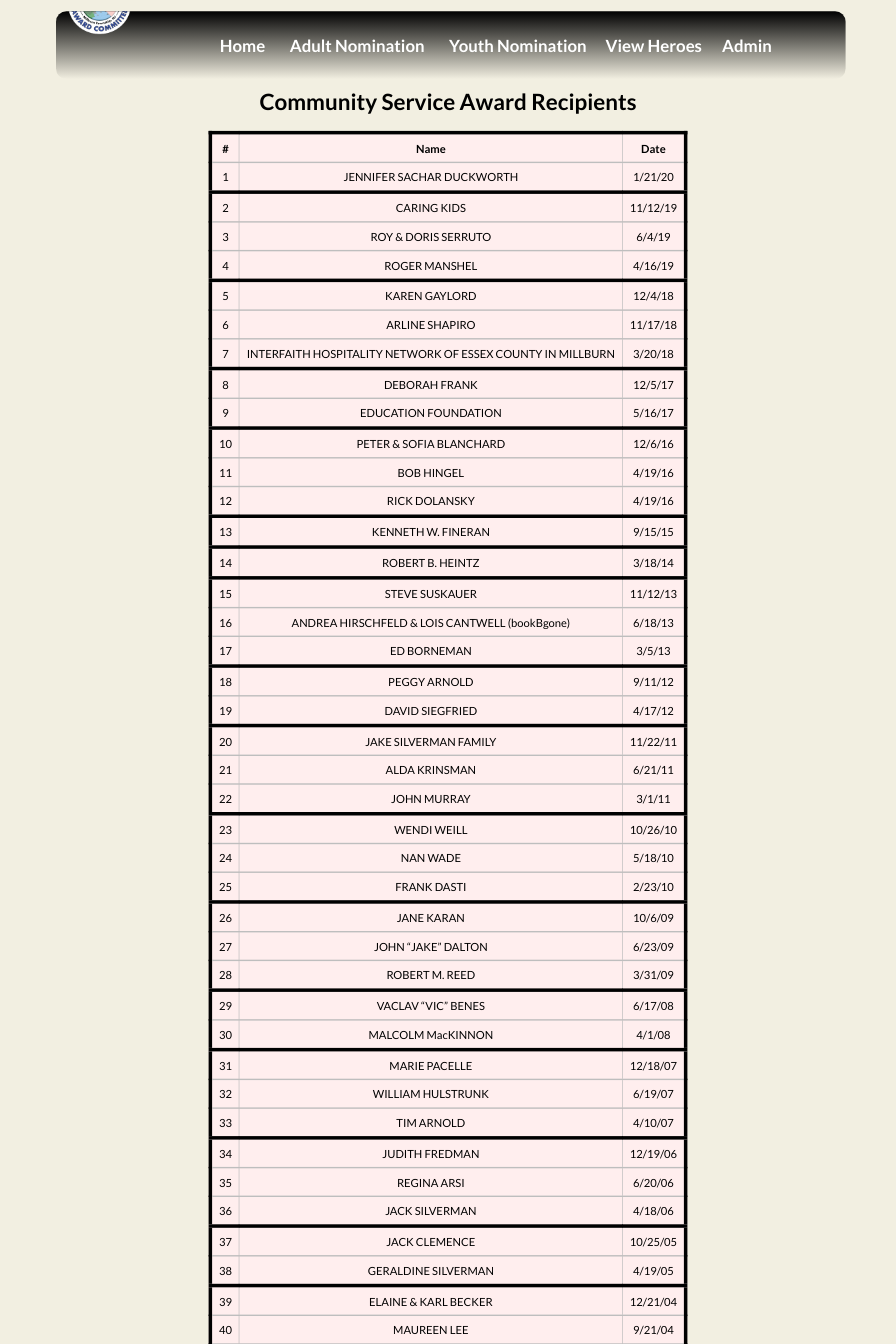
Repository: Centrattic/Young-Heroes-Website
Page: http://localhost/Frontend/before2020.php
An editor plug-in stored every save of this project. The page is shown before and after the next save, followed by the edit.
The browser window is 1280 px wide. The pictures show the part of the page from y = 0 to 1920 px (the page is 3810 px tall before and 3839 px after), at 70% of full size.
The page is run by PHP 8.4 with error messages shown; the project is at /var/www/html/.

Above is the page before, as saved 2020-12-21 14:35:38.

### Eagle Project/Frontend/before2020.php
<?php
require '../Backend/functions.php';
require '../Backend/dbhconnect.php';
?>

<html>
  <head>
    <link href="https://fonts.googleapis.com/css2?family=Lato:ital,wght@0,400;0,700;1,300;1,400&display=swap" rel="stylesheet">
    <link href="../CSS/home.css" rel="stylesheet" type="text/css" />

    <link rel = "stylesheet" href = "../CSS/navbar.css">
  </head>

  <body>

    <?php
        navbar();
    ?>

    <h1> Community Service Award Recipients</h1> <!-- Most recent first!!! -->
    <br>

    <style>
        #before2020-table {
            margin: 0 auto;
            border: 5px solid black;
            border-radius: 0px;
            background-color: #FFEEEE;
            width: 60%;
        }

        th,td {
            padding: 10px;
        }

        /*td:nth-child(1) {
            border-right: 2px solid black;
            border-radius: 0px;
            padding-bottom: 0px;
            margin-bottom: 0px;
        }*/

        tr {
            border: 2px solid #BEBEBE;
        }

        .last-of-year {
            border-bottom: 5px solid black;
        }

    </style>

    <table id = "before2020-table" rules = "all">
        <tr>
            <th> # </th>
            <th> Name </th>
            <th> Date </th>
        </tr>
        <!-- Most to least recent-->


        <tr class = "last-of-year">
            <td> 1 </td>
            <td> JENNIFER SACHAR DUCKWORTH </td>
            <td> 1/21/20 </td>
        </tr>

		<tr>
            <td> 2 </td>
            <td> CARING KIDS </td>
            <td> 11/12/19 </td>
        </tr>

		<tr>
            <td> 3 </td>
            <td> ROY & DORIS SERRUTO </td>
            <td> 6/4/19 </td>
        </tr>

		<tr class = "last-of-year">
            <td> 4 </td>
            <td> ROGER MANSHEL</td>
            <td> 4/16/19 </td>
        </tr>

		<tr>
            <td> 5 </td>
            <td> KAREN GAYLORD </td>
            <td> 12/4/18 </td>
        </tr>

		<tr>
            <td> 6 </td>
            <td> ARLINE SHAPIRO</td>
            <td> 11/17/18 </td>
        </tr>

		<tr class = "last-of-year">
            <td> 7 </td>
            <td> INTERFAITH HOSPITALITY NETWORK OF ESSEX COUNTY IN MILLBURN </td>
            <td> 3/20/18 </td>
        </tr>

		<tr>
            <td> 8 </td>
            <td> DEBORAH FRANK </td>
            <td> 12/5/17 </td>
        </tr>

		<tr class = "last-of-year">
            <td> 9 </td>
            <td> EDUCATION FOUNDATION </td>
            <td> 5/16/17 </td>
        </tr>
		<tr>
            <td> 10 </td>
            <td> PETER & SOFIA BLANCHARD </td>
            <td> 12/6/16 </td>
        </tr>

		<tr>
            <td> 11 </td>
            <td> BOB HINGEL </td>
            <td> 4/19/16 </td>
        </tr>

		<tr class = "last-of-year">
            <td> 12 </td>
            <td> RICK DOLANSKY </td>
            <td> 4/19/16 </td>
        </tr>

		<tr class = "last-of-year">
            <td> 13 </td>
            <td> KENNETH W. FINERAN </td>
            <td> 9/15/15 </td>
        </tr>

		<tr class = "last-of-year">
            <td> 14 </td>
            <td> ROBERT B. HEINTZ </td>
            <td> 3/18/14 </td>
        </tr>

		<tr>
            <td> 15 </td>
            <td> STEVE SUSKAUER </td>
            <td> 11/12/13 </td>
        </tr>

		<tr>
            <td> 16 </td>
            <td> ANDREA HIRSCHFELD & LOIS CANTWELL (bookBgone) </td>
            <td> 6/18/13 </td>
        </tr>

		<tr class = "last-of-year">
            <td> 17 </td>
            <td> ED BORNEMAN </td>
            <td> 3/5/13 </td>
        </tr>

		<tr>
            <td> 18 </td>
            <td> PEGGY ARNOLD </td>
            <td> 9/11/12 </td>
        </tr>

		<tr class = "last-of-year">
            <td> 19 </td>
            <td> DAVID SIEGFRIED </td>
            <td> 4/17/12 </td>
        </tr>

		<tr>
            <td> 20 </td>
            <td> JAKE SILVERMAN FAMILY </td>
            <td> 11/22/11 </td>
        </tr>

		<tr>
            <td> 21 </td>
            <td> ALDA KRINSMAN </td>
            <td> 6/21/11 </td>
        </tr>

		<tr class = "last-of-year">
            <td> 22 </td>
            <td> JOHN MURRAY </td>
            <td> 3/1/11 </td>
        </tr>

		<tr>
            <td> 23 </td>
            <td> WENDI WEILL </td>
            <td> 10/26/10 </td>
        </tr>

		<tr>
            <td> 24 </td>
            <td> NAN WADE </td>
            <td> 5/18/10 </td>
        </tr>

        <tr class = "last-of-year">
            <td> 25 </td>
            <td> FRANK DASTI </td>
            <td> 2/23/10 </td>
        </tr>

        <tr>
            <td> 26 </td>
            <td> JANE KARAN </td>
            <td> 10/6/09 </td>
        </tr>

        <tr>
            <td> 27 </td>
            <td> JOHN “JAKE” DALTON </td>
            <td> 6/23/09 </td>
        </tr>

        <tr class = "last-of-year">
            <td> 28 </td>
            <td> ROBERT M. REED </td>
            <td> 3/31/09 </td>
        </tr>

        <tr>
            <td> 29 </td>
            <td> VACLAV “VIC” BENES </td>
            <td> 6/17/08 </td>
        </tr>

		<tr class = "last-of-year">
            <td> 30 </td>
            <td> MALCOLM MacKINNON </td>
            <td> 4/1/08 </td>
        </tr>

		<tr>
            <td> 31 </td>
            <td> MARIE PACELLE </td>
            <td> 12/18/07 </td>
        </tr>

		<tr>
            <td> 32 </td>
            <td> WILLIAM HULSTRUNK </td>
            <td> 6/19/07 </td>
        </tr>

		<tr class = "last-of-year">
            <td> 33 </td>
            <td> TIM ARNOLD </td>
            <td> 4/10/07 </td>
        </tr>

		<tr>
            <td> 34 </td>
            <td> JUDITH FREDMAN </td>
            <td> 12/19/06 </td>
        </tr>

		<tr>
            <td> 35 </td>
            <td> REGINA ARSI </td>
            <td> 6/20/06 </td>
        </tr>

		<tr class = "last-of-year">
            <td> 36 </td>
            <td> JACK SILVERMAN </td>
            <td> 4/18/06 </td>
        </tr>

        <tr>
            <td> 37 </td>
            <td> JACK CLEMENCE </td>
            <td> 10/25/05 </td>
        </tr>

        <tr class = "last-of-year">
            <td> 38 </td>
            <td> GERALDINE SILVERMAN </td>
            <td> 4/19/05 </td>
        </tr>

        <tr>
            <td> 39 </td>
            <td> ELAINE & KARL BECKER </td>
            <td> 12/21/04 </td>
        </tr>

		<tr>
            <td> 40 </td>
            <td> MAUREEN LEE </td>
            <td> 9/21/04 </td>
        </tr>

		<tr>
            <td> 41 </td>
            <td> ANNE V. SMITH </td>
            <td> 6/15/04 </td>
        </tr>

		<tr class = "last-of-year">
            <td> 42 </td>
            <td> W. OWEN LAMPE </td>
            <td> 4/8/04 </td>
        </tr>

		<tr>
            <td> 43 </td>
            <td> EVA GOTTSCHO </td>
            <td> 12/2/03 </td>
        </tr>

		<tr class = "last-of-year">
            <td> 44 </td>
            <td> WILLIAM E. JUDES </td>
            <td> 6/10/03 </td>
        </tr>

		<tr>
            <td> 45 </td>
            <td> DELIA WALBRIDGE </td>
            <td> 12/3/02 </td>
        </tr>

		<tr>
            <td> 46 </td>
            <td> SHARON & AVI BRENDER </td>
            <td> 9/10/02 </td>
        </tr>

		<tr class = "last-of-year">
            <td> 47 </td>
            <td> ANGELO Del ROSSI </td>
            <td> 6/11/02 </td>
        </tr>

		<tr>
            <td> 48 </td>
            <td> LOUISE GILI </td>
            <td> 11/20/01 </td>
        </tr>

		<tr>
            <td> 49 </td>
            <td> THOMAS J. EAKLEY </td>
            <td> 8/21/01 </td>
        </tr>

		<tr class = "last-of-year">
            <td> 50 </td>
            <td> SHERMAN T. BREWER, JR. </td>
            <td> 3/20/01 </td>
        </tr>

		<tr>
            <td> 51 </td>
            <td> MARK GUTERMAN </td>
            <td> 12/5/00 </td>
        </tr>

		<tr>
            <td> 52 </td>
            <td> ELEANOR T. McGLAUGHLIN </td>
            <td> 9/19/00 </td>
        </tr>

		<tr>
            <td> 53 </td>
            <td> JOAN DAESCHLER </td>
            <td> 6/13/00 </td>
        </tr>

		<tr class = "last-of-year">
            <td> 54 </td>
            <td> WALTER JEFFREY, JR. </td>
            <td> 4/18/00 </td>
        </tr>

		<tr>
            <td> 55 </td>
            <td> DR. PAUL KEARNEY </td>
            <td> 11/9/99 </td>
        </tr>

		<tr class = "last-of-year">
            <td> 56 </td>
            <td> LEIGH GIFFORD </td>
            <td> 4/13/99 </td>
        </tr>

		<tr>
            <td> 57 </td>
            <td> LYNNE RANIERI </td>
            <td> 12/15/98 </td>
        </tr>

		<tr>
            <td> 58 </td>
            <td> ELAINE BIRNHOLZ </td>
            <td> 10/20/98 </td>
        </tr>

		<tr>
            <td> 59 </td>
            <td> NANCY GOAT </td>
            <td> 6/9/98 </td>
        </tr>

		<tr class = "last-of-year">
            <td> 60 </td>
            <td> JAMES LAURIE </td>
            <td> 3/17/98 </td>
        </tr>

		<tr>
            <td> 61 </td>
            <td> JOAN BORNEMAN </td>
            <td> 12/16/97 </td>
        </tr>

		<tr>
            <td> 62 </td>
            <td> PHYLLIS KINGSBURY </td>
            <td> 10/7/97 </td>
        </tr>

		<tr>
            <td> 63 </td>
            <td> LINDSEY REBECCA HUSTON </td>
            <td> 6/24/97 </td>
        </tr>

		<tr class = "last-of-year">
            <td> 64 </td>
            <td> ALFRED H. CONNELLEE </td>
            <td> 4/19/97 </td>
        </tr>

		<tr>
            <td> 65 </td>
            <td> HARRIET LOWENGRUB </td>
            <td> 12/3/96 </td>
        </tr>

		<tr>
            <td> 66 </td>
            <td> JOHN S. WARE </td>
            <td> 6/25/96 </td>
        </tr>

        <tr class = "last-of-year">
            <td> 67 </td>
            <td> SUSANNAH J. LIKINS </td>
            <td> 3/19/96 </td>
        </tr>

        <tr>
            <td> 68 </td>
            <td> IRIS STOLOFF </td>
            <td> 12/5/95 </td>
        </tr>

        <tr>
            <td> 69 </td>
            <td> DOUGLAS REED </td>
            <td> 9/5/95 </td>
        </tr>

		<tr>
            <td> 70 </td>
            <td> CHARLES T. & DOROTHY KING </td>
            <td> 6/27/95 </td>
        </tr>

		<tr class = "last-of-year">
            <td> 71 </td>
            <td> ROBERT E. MARSHALL </td>
            <td> 3/21/95 </td>
        </tr>

        <tr>
            <td> 72 </td>
            <td> LOUIS J. KURTZ </td>
            <td> 2/6/94 </td>
        </tr>

		<tr>
            <td> 73 </td>
            <td> LEZETTE PROUD </td>
            <td> 9/13/94 </td>
        </tr>

		<tr class = "last-of-year">
            <td> 74 </td>
            <td> LAUREN HUSTON </td>
            <td> 6/14/94 </td>
        </tr>

		<tr>
            <td> 75 </td>
            <td> DONALD L. CAMPBELL </td>
            <td> 7/6/93 </td>
        </tr>

		<tr class = "last-of-year">
            <td> 76 </td>
            <td> MAUREEN S. SILVER </td>
            <td> 4/27/93 </td>
        </tr>

        <tr>
            <td> 77 </td>
            <td> STEPHEN LEIT </td>
            <td> 6/16/92 </td>
        </tr>

        <tr>
            <td> 78 </td>
            <td> MURIEL SCHWARTZSTEIN </td>
            <td> 5/5/92 </td>
        </tr>

        <tr class = "last-of-year">
            <td> 79 </td>
            <td> EVELYN ORTNER </td>
            <td> 3/3/92 </td>
        </tr>

        <tr>
            <td> 80 </td>
            <td> LINDA McDONOUGH </td>
            <td> 12/17/91 </td>
        </tr>

        <tr>
            <td> 81 </td>
            <td> ALFRED T. PEDECINE </td>
            <td> 9/3/91 </td>
        </tr>

        <tr>
            <td> 82 </td>
            <td> EDITH CONNELLEE </td>
            <td> 8/16/91 </td>
        </tr>

        <tr>
            <td> 83 </td>
            <td> LORI FRIEDMAN </td>
            <td> 6/11/91 </td>
        </tr>

        <tr>
            <td> 84 </td>
            <td> WILLIAM CONROE </td>
            <td> 5/21/91 </td>
        </tr>

        <tr>
            <td> 87 </td>
            <td> ELIZABETH NAUGHTON </td>
            <td> 5/5/91 </td>
        </tr>

    </table>



</body>
</html>

### Eagle Project/Backend/dbhconnect.php
<?php
  $servername = "localhost";
  $dbUsername = "root";
  $dbPassword = "";
  $dbName = "young_heroes";

  //connecting to database
  $connection = new mysqli($servername, $dbUsername, $dbPassword, $dbName);

  //error message if connection fails
  if(!$connection){
    die("Connection failed: ".mysqli_connect_error());
  }
?>

### Eagle Project/CSS/home.css
* {
    text-align: center;
    padding: 2px;
    margin: 2px;
    font-family: 'Lato', sans-serif;
    border-radius: 15px;

}

body {
    background-color: #F2EFE1;

}

#homepicgrid {
    display: grid;
    width: auto;
    height: 30%;

    grid-template-columns: auto auto auto auto;
    grid-template-rows: auto;
}

#homepicgrid img {
    height: 100%;
    object-fit: cover;
    width: 100%;
}


#homepagetitle {
    font-size: 2em;
    width: auto;
    background-color: white;
    padding: 10px;
    margin: 5px;
}



#hometextgrid {
    display: grid;
    width: auto;
    margin: 0 auto;
    grid-template-columns: auto auto auto;
    grid-template-rows: auto auto;
}

#hometextgrid div {
    background-color: #E2DECC;
    padding: 20px;
}


#CSAChistory {
    background-color: #E2DECC;
    padding: 20px;
    padding-top: 0;
    margin: 10px 0;
}
#impact {
    background-color: white;
    width: 35%;
    margin: 2% auto;
    border: 10px solid transparent;
    border-image: url("../Images/borderhome.jpg") 30 round !important;
}

#impact h3 {
    margin: 15%;
}


#getinvolved {
    background-image: url("../Images/millburnblossoms.jpg");
    height: 60%;
    display: flex;
    align-items: center;
    justify-content: center;
}

#nominateahero {
    width: 70%;
    padding: 0 20px;
    background-color:  #F2EFE1;
}

#getinvolved p {
    margin: 10px;
}

button {
    font-size: 1em;
}

### Eagle Project/CSS/navbar.css
* {
    text-align: center;
    font-family: 'Lato', sans-serif;
}

body {
    background-color: #F2EFE1;
}


.menu-area li{
    display: inline;
    color: white;
    font-weight: bold;
    font-size: 1.5em;
    padding-bottom: 10px;
}

.menu-area .non-dropdown a{
    display: inline-block;
    padding: 30px 10px;
    color: white;
    box-sizing: border-box;

}

.menu-area a {
    text-decoration: none;
    color: white;
}

.menu-area .nav-dropdown .dropdown-content li a{
    display: inline-block;
    text-align: center;
    padding: 14px 16px;
    text-decoration: none;
}

.menu-area {
    width: 100%;
    background-image: linear-gradient(black, #F2EFE1);
    overflow: hidden;
    border-radius: 15px;
}

.menu-area .non-dropdown:hover{
    border-radius: 0px;
    border-bottom: 10px solid aliceblue;
}

.menu-area li a {
    box-sizing: border-box;
}

.nav-dropbtn {
    text-decoration: none;
    color: white;
}

/*FIX THIS LATER*/


#logout {
    all: unset;
}

body {
    margin: 0 5%;
}

/* ------------------*/



li.nav-dropdown {
    display: inline-block;
}

.dropdown-content {
    display: none;
    position: absolute;
    background-color: #f9f9f9;
    min-width: 150px;
    box-shadow: 0px 8px 16px 0px rgba(0,0,0,0.2);
    z-index: 1;

}

.dropdown-content a {
    color: black;
    padding: 12px 16px;
    text-decoration: none;
    display: block;
    font-size: .9em;
    text-align: left;
}


.dropdown-content a:hover {
    background-color: #f1f1f1;
}


.nav-dropdown:hover .dropdown-content {
    display: block;
    border-radius: 0px;
}


/* Footer*/



.site-footer {
    background-color: #E2DECC;
      text-align: center;
      margin: 10px 0;
      padding: 10px 0;
  }

  #social-wrapper {
      text-align: center;
  }

  /*Social Media Icons*/
  .social-wrapper {
      text-align: center;
  }

  .social-wrapper ul li {
      display: inline;
      margin: 0 5px;
  }

  .twitter-icon,
  .facebook-icon,
  .instagram-icon,
  .linkedin-icon,
  .googleplus-icon,
  .youtube-icon,
  .foursquare-icon{
      margin-top: .625em;
      width: 40px;
      height: 40px;
      opacity: .6;
      filter: alpha(opacity=60); /* For IE8 and earlier */
    border-radius: 25px;
  }

  .twitter-icon:hover,
  .facebook-icon:hover,
  .instagram-icon:hover,
  .linkedin-icon:hover,
  .googleplus-icon:hover,
  .youtube-icon:hover,
  .foursquare-icon:hover {
      opacity: 1.0;
      filter: alpha(opacity=100); /* For IE8 and earlier */
  }

  .footer-nav p {
      text-align: center;
  }

Loaded but not shown: Eagle Project/Backend/functions.php (1101 lines, source omitted)

After the next save:
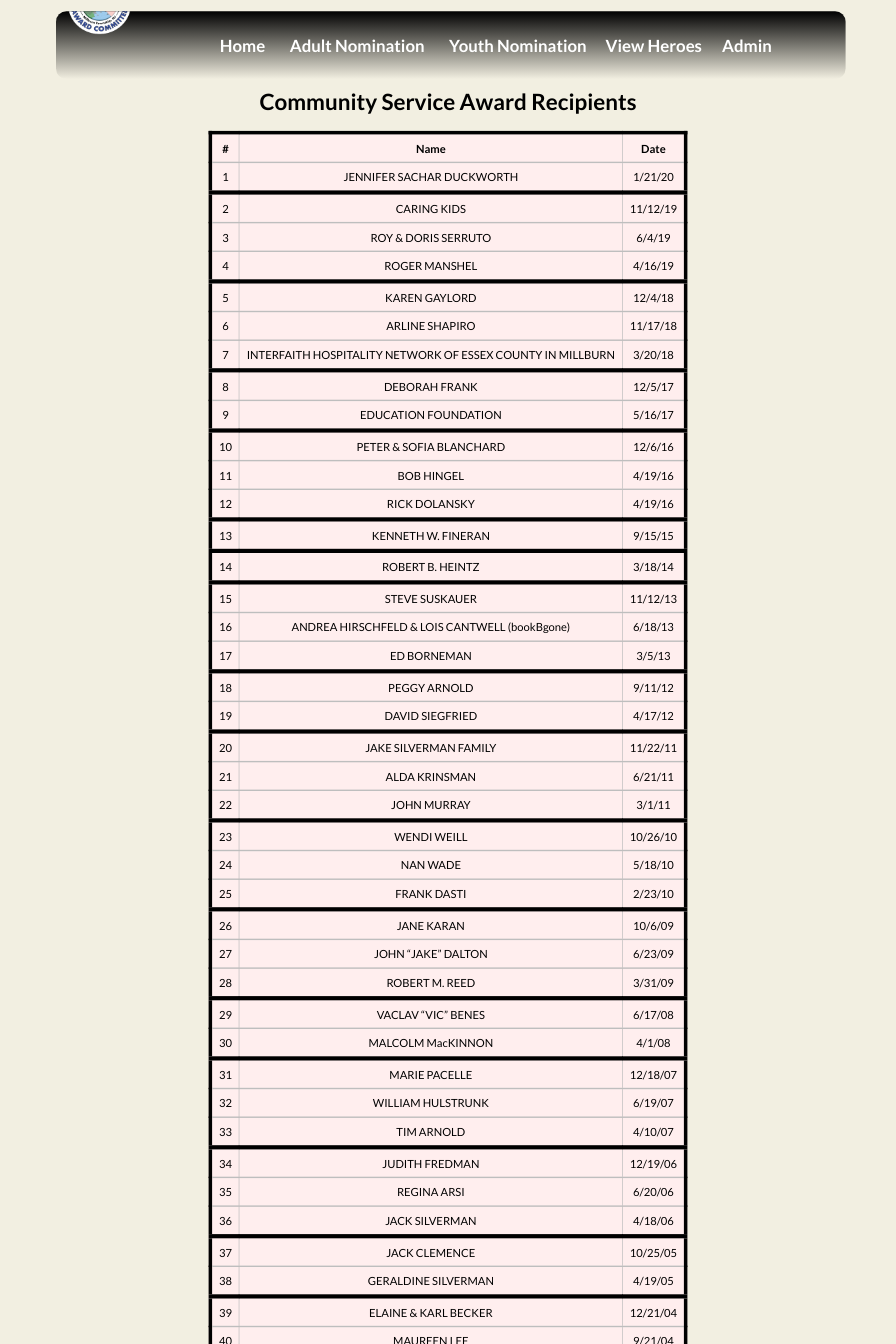
Saved 64 s later.
--- a/Eagle Project/Frontend/before2020.php
+++ b/Eagle Project/Frontend/before2020.php
@@ -45,7 +45,7 @@ require '../Backend/dbhconnect.php';
         }
 
         .last-of-year {
-            border-bottom: 5px solid black;
+            border-bottom: 6px solid black;
         }
 
     </style>
